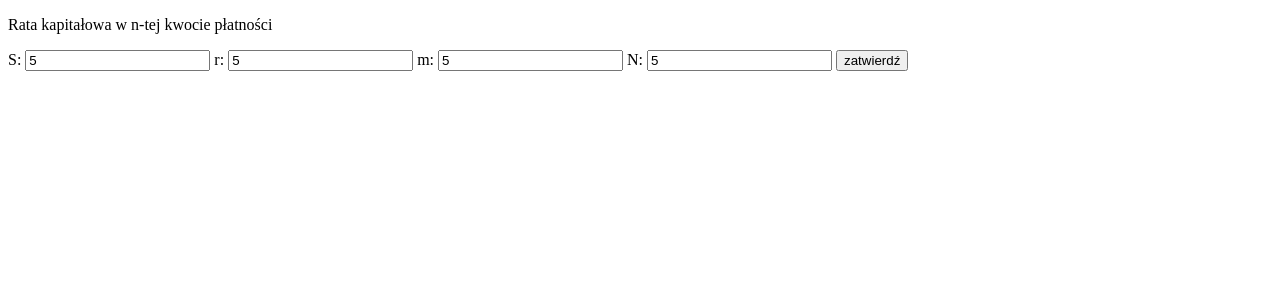
Repository: ravkita/MFCalc
Page: index.html
An editor plug-in stored every save of this project. The page is shown before and after the next save, followed by the edit.
The browser window is 1280 px wide. The pictures show the whole page.
Empty fields were first filled with sample values (such as "Sample", 5 or name@example.com).
After loading, the first visible `#confirm` was clicked once.

Above is the page before, as saved 2021-04-12 17:12:06.
Console error: ReferenceError: N is not defined

### index.html
<!DOCTYPE html>
<html lang="en">
<head>
    <meta charset="UTF-8">
    <meta http-equiv="X-UA-Compatible" content="IE=edge">
    <meta name="viewport" content="width=device-width, initial-scale=1.0">
    <title>Kalkulator</title>
</head>
<body>
    <p class="title">Rata kapitałowa w n-tej kwocie płatności </p>
    <form action="" id="rata">
        <label for="S">S:</label> <input type="number" name="S" class="s">
        <label for="r">r:</label> <input type="number" name="r" class="r">
        <label for="m">m:</label> <input type="number" name="m" class="m">
        <label for="N">N:</label> <input type="number" name="N" class="N">
        <input type="button" name="confirm" id="confirm" value="zatwierdź">
    </form>
    <div class="result">

    </div>
    <script type="text/javascript">
        function getData(){
            document.getElementById('confirm').addEventListener('click', (e) =>{
                let s = document.querySelector('.s').value;
                let r = document.querySelector('.r').value;
                let m = document.querySelector('.m').value;
                let N = document.querySelector('.N').value;
                let q = 1+(r/m);
                rata();
                kwotaPlatnosci()
            });
        }
        function rata(){
            let t = [];
                for(let i = 1; i<=N; i++){
                    const el = document.createElement("div");
                    t[i-1] = s*((Math.pow(q, i) - Math.pow(q, i-1))/(Math.pow(q, m*N) - 1));
                    el.innerText = `T${i}: ${t[i-1]}`;
                    document.querySelector('.result').appendChild(el);
                }
        }
        function kwotaPlatnosci(){
            let
        }
        getData();
    </script>
</body>
</html>

After the next save:
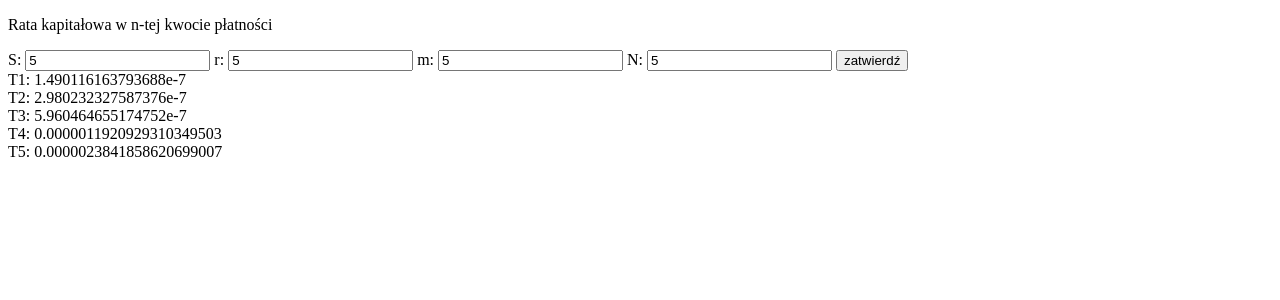
Console error: ReferenceError: let is not defined
Saved 59 s later.
--- a/index.html
+++ b/index.html
@@ -19,13 +19,17 @@
 
     </div>
     <script type="text/javascript">
+        let s;
+        let r;
+        let m;
+        let N;
         function getData(){
             document.getElementById('confirm').addEventListener('click', (e) =>{
-                let s = document.querySelector('.s').value;
-                let r = document.querySelector('.r').value;
-                let m = document.querySelector('.m').value;
-                let N = document.querySelector('.N').value;
-                let q = 1+(r/m);
+                s = document.querySelector('.s').value;
+                r = document.querySelector('.r').value;
+                m = document.querySelector('.m').value;
+                N = document.querySelector('.N').value;
+                q = 1+(r/m);
                 rata();
                 kwotaPlatnosci()
             });
